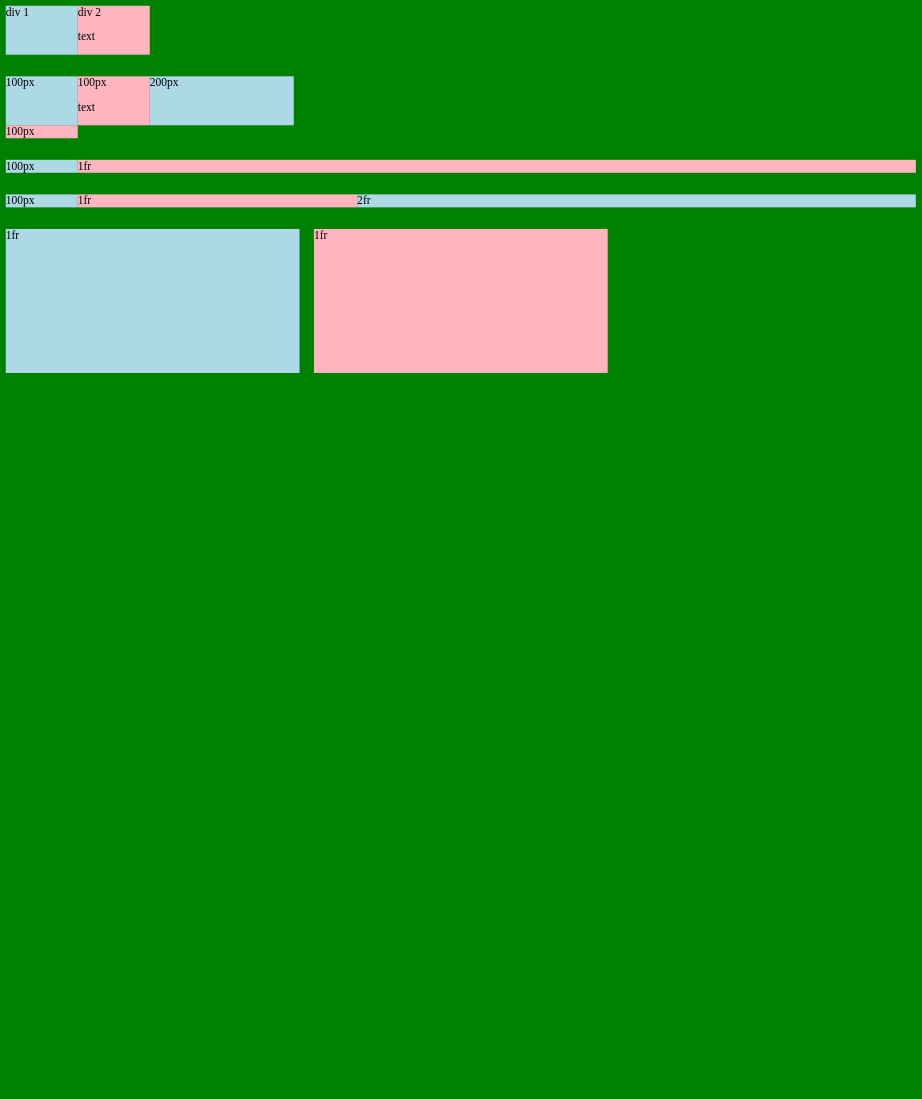
Repository: knowledgeAlan/html-css-eleven
Page: grid.html
An editor plug-in stored every save of this project. The page is shown before and after the next save, followed by the edit.
The browser window is 1280 px wide. The pictures show the whole page, at 72% of full size.

Above is the page before, as saved 2024-03-08 18:45:06.

### grid.html
<!DOCTYPE html>
<html>

    <head>
        <title>Grid Practice</title>
    </head>


    <body style="padding-bottom: 1000px;background-color: green;">
        <div style="display: grid; grid-template-columns: 100px 100px;">
                <div style="background-color: lightblue;"> div 1</div>
                <div style="background-color: lightpink;">div 2<p>text</p></div>
        </div>

        <div style="
        margin-top: 30px;
        display: grid;
        grid-template-columns: 100px 100px 200px;
        ">

        <div style="background-color: lightblue;">100px</div>
        <div style="background-color: lightpink;">100px<p>text</p></div>
        <div style="background-color: lightblue;">200px</div>
        <div style="background-color: lightpink;">100px</div>

        </div>

        <div style="
        margin-top: 30px;
        display: grid;
        grid-template-columns: 100px 1fr;
       ">

           <div style="background-color: lightblue;">100px</div>
           <div style="background-color: lightpink;">1fr</div>


       </div>


        <div style="
         margin-top: 30px;
         display: grid;
         grid-template-columns: 100px 1fr 2fr;
        ">

            <div style="background-color: lightblue;">100px</div>
            <div style="background-color: lightpink;">1fr</div>
            <div style="background-color: lightblue;">2fr</div>

        </div>



        <div style="
            margin-top: 30px;
            display: grid;
            grid-template-columns: 1fr 1fr 1fr;
            column-gap: 20px;
            row-gap: 40px;
        ">

            <div style="background-color: lightblue; height: 200px;">1fr</div>
            <div style="background-color: lightpink; height: 200px;">1fr</div>

        </div>

    </body>
</html>

After the next save:
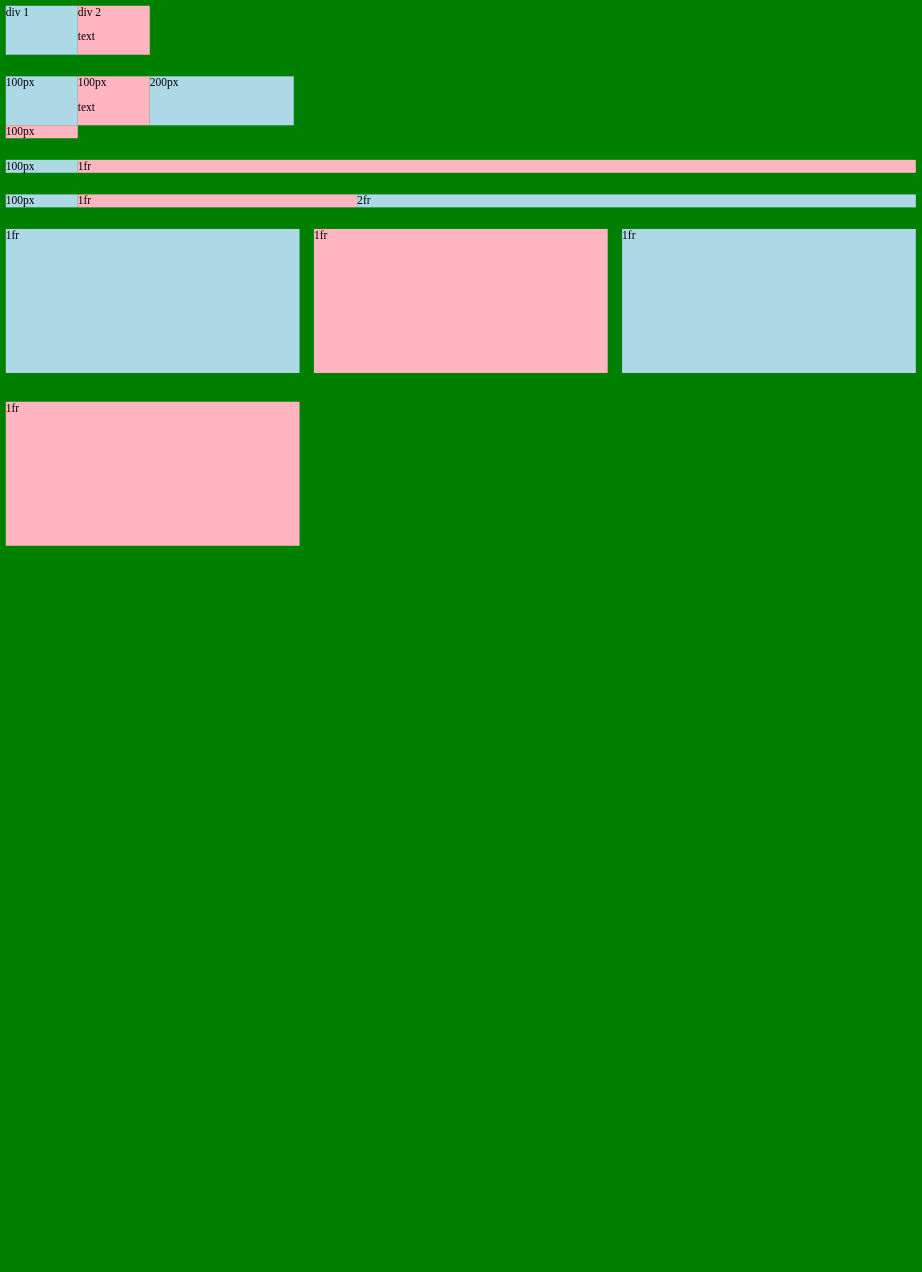
Saved 56 s later.
--- a/grid.html
+++ b/grid.html
@@ -62,6 +62,9 @@
 
             <div style="background-color: lightblue; height: 200px;">1fr</div>
             <div style="background-color: lightpink; height: 200px;">1fr</div>
+            <div style="background-color: lightblue; height: 200px;">1fr</div>
+            <div style="background-color: lightpink; height: 200px;">1fr</div>
+
 
         </div>
 
